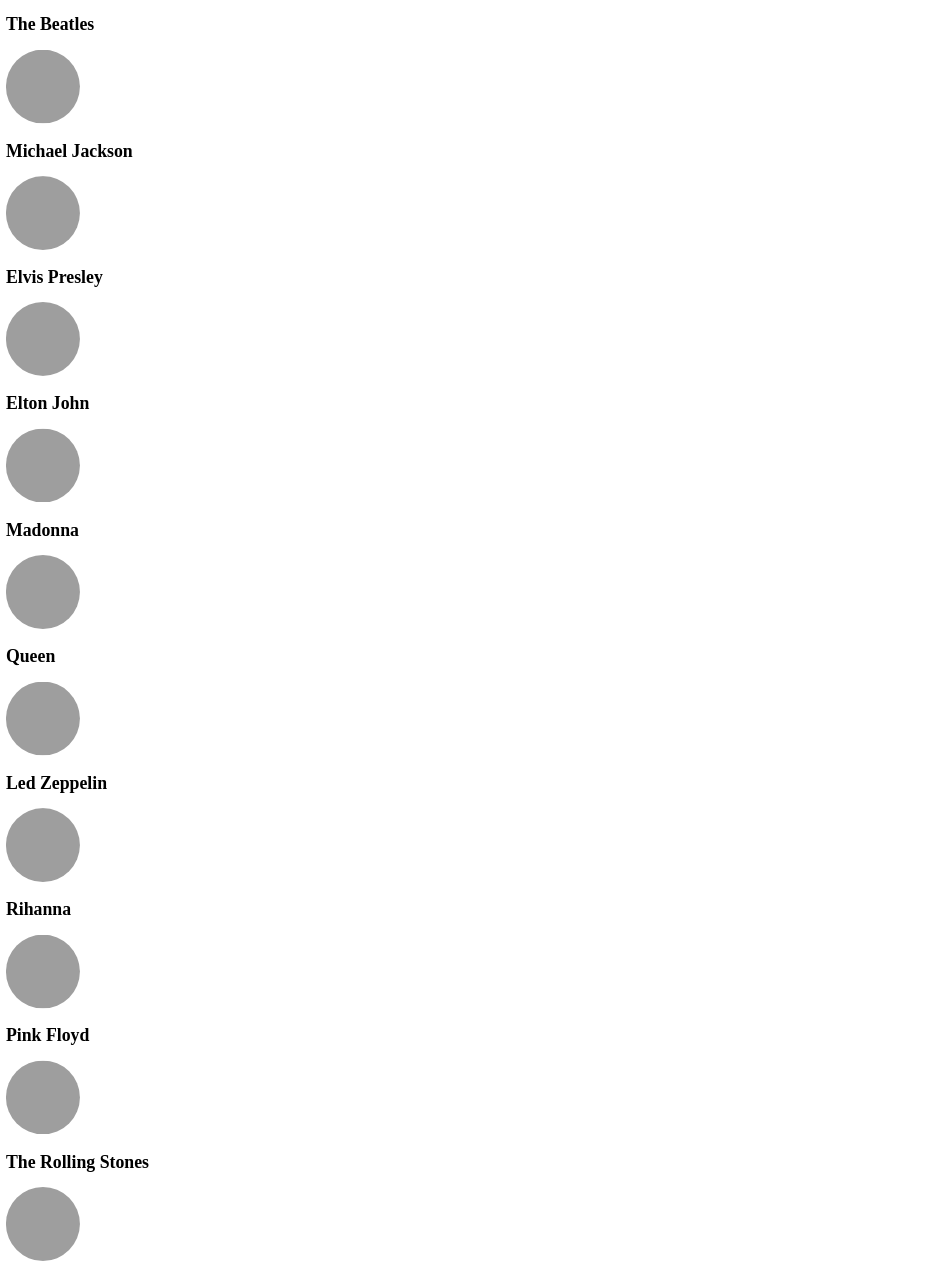
Repository: MelissaJacobi/Frontend-lab-2
Page: /
The author's editor kept a copy of each file at every save. The page is drawn from the files as they stood at one save, then again after the next save.
The browser window is 1280 px wide. The pictures show the whole page, at 74% of full size.
Pictures or frames that could not be fetched are drawn as grey boxes. The project was rebuilt for these pictures with package versions that can differ from the ones it lists, and the page was loaded fresh each time. Also part of the build but not shown: vite.config.js.

Above is the page before, as saved 2024-09-19 13:40:52.

After the next save:
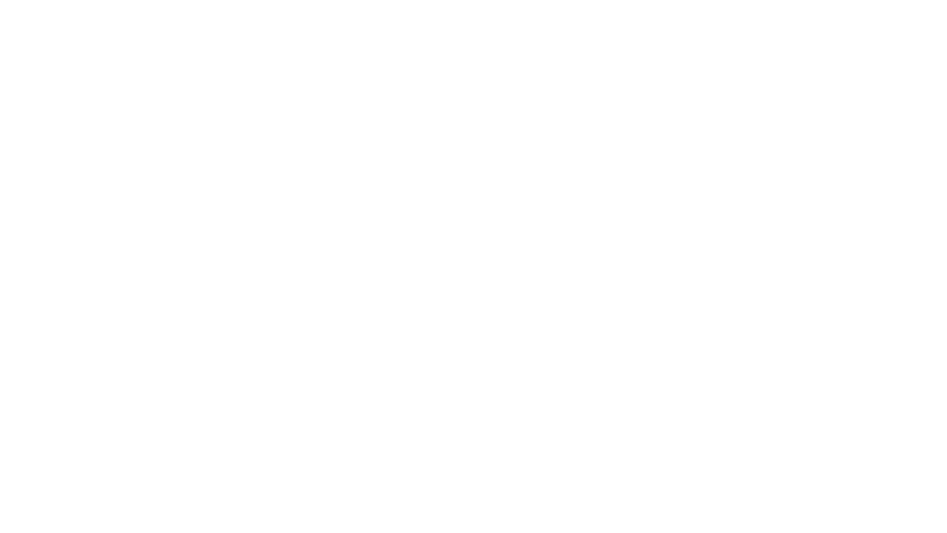
Console error: ReferenceError: years_active is not defined
Saved 83 s later.
--- a/src/App.jsx
+++ b/src/App.jsx
@@ -3,7 +3,7 @@
 
 function App() {
 
-  const artistStats = artists.map(artist => <ArtistDetails key={artist.name} artistName={artist.name} artistURL={artist.photo_url} artist/>)
+  const artistStats = artists.map(artist => <ArtistDetails key={artist.name} artistName={artist.name} artistURL={artist.photo_url} artistActive={years_active}/>)
 
   return (
     <div className="app">

After the 2 saves that followed:
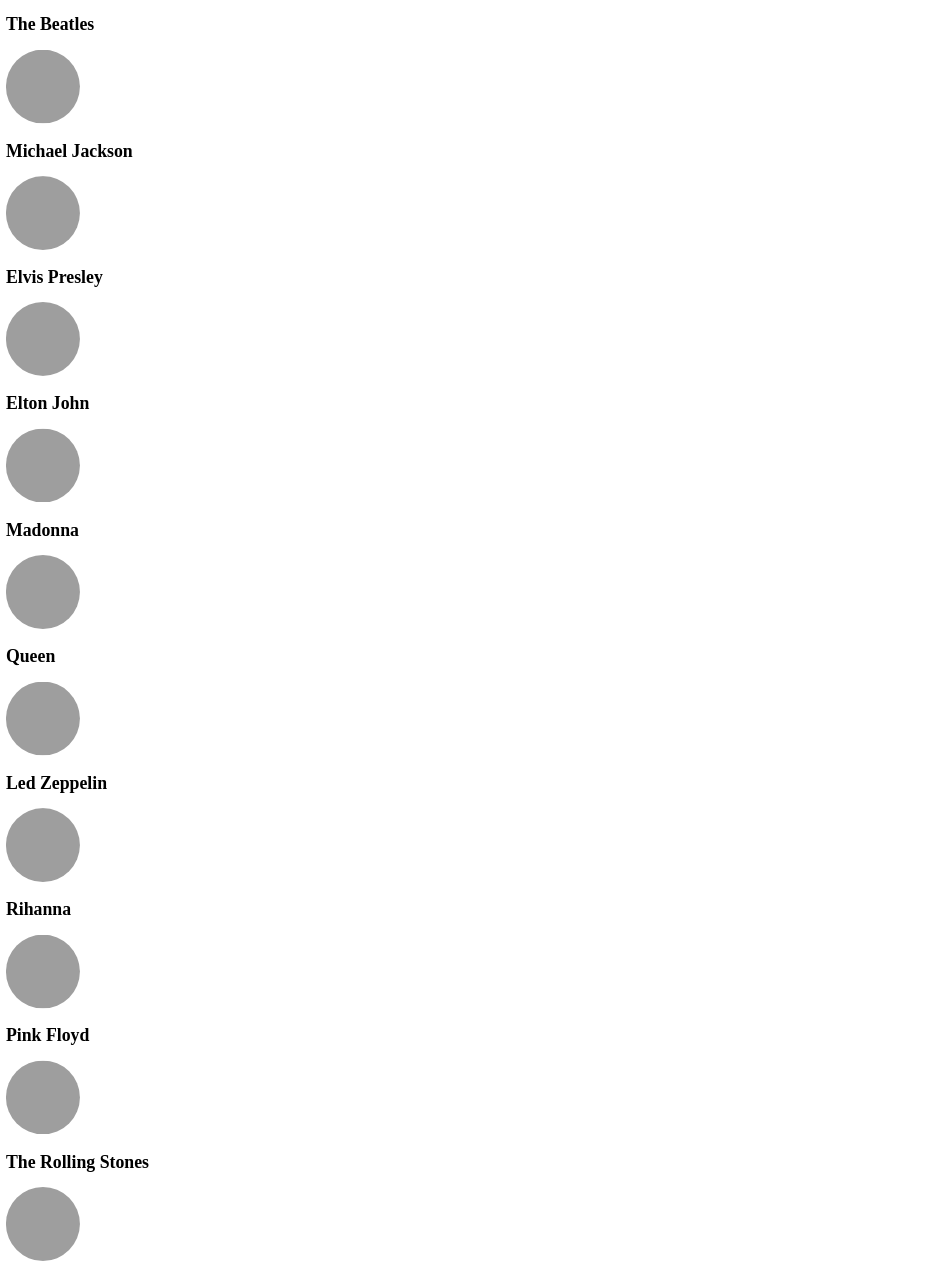
The error is gone.
The 2 saves are shown as one change because 1 left the picture as it was.
The last was saved 28 s later.
--- a/src/App.jsx
+++ b/src/App.jsx
@@ -3,7 +3,7 @@
 
 function App() {
 
-  const artistStats = artists.map(artist => <ArtistDetails key={artist.name} artistName={artist.name} artistURL={artist.photo_url} artistActive={years_active}/>)
+  const artistStats = artists.map(artist => <ArtistDetails key={artist.name} artistName={artist.name} artistURL={artist.photo_url} artistActive={artist.years_active}/>)
 
   return (
     <div className="app">
--- a/src/components/ArtistDetails.jsx
+++ b/src/components/ArtistDetails.jsx
@@ -1,6 +1,6 @@
 function ArtistDetails(props) {
 
-    const { artistName, artistURL } = props;
+    const { artistName, artistURL, artistActive } = props;
 
   return (
     <div className="app">
